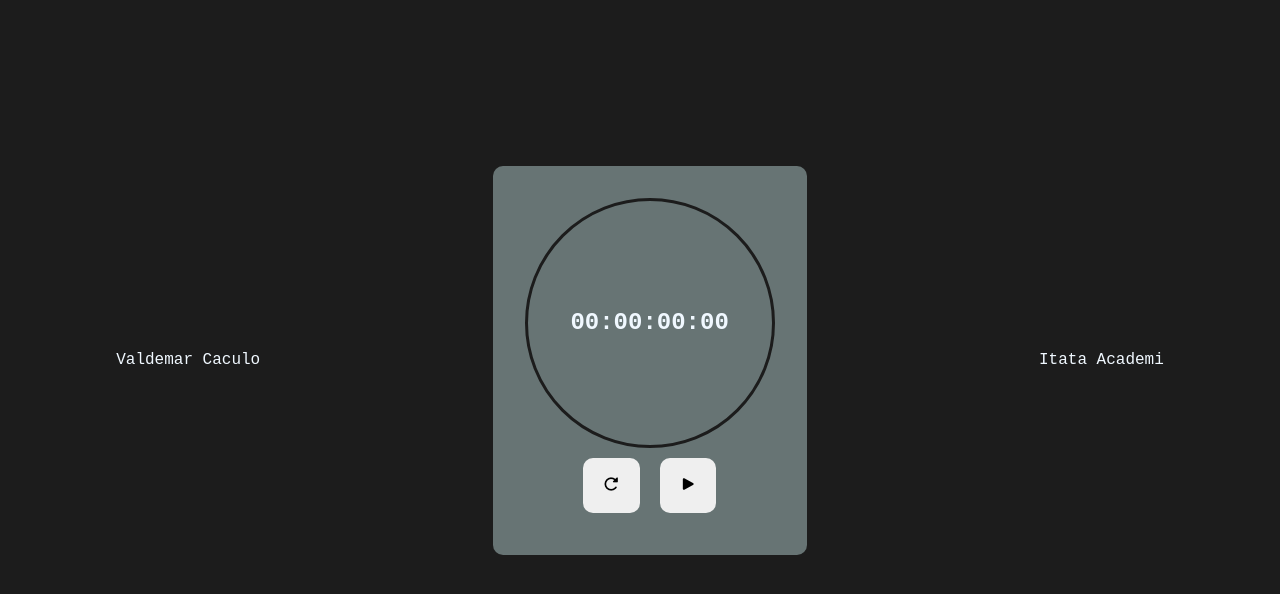
Repository: ValdemarCaculo/TEMPORIZADOR
Page: index.html
These files come from the project's save history. The page is drawn as it stood at one moment and after a run of saves; the edit follows.
The browser window is 1280 px wide. The pictures show the whole page.
Some web libraries are served in a nearby version.

Above is the page before, as saved 2025-12-06 15:40:56.

After the next 3 saves:
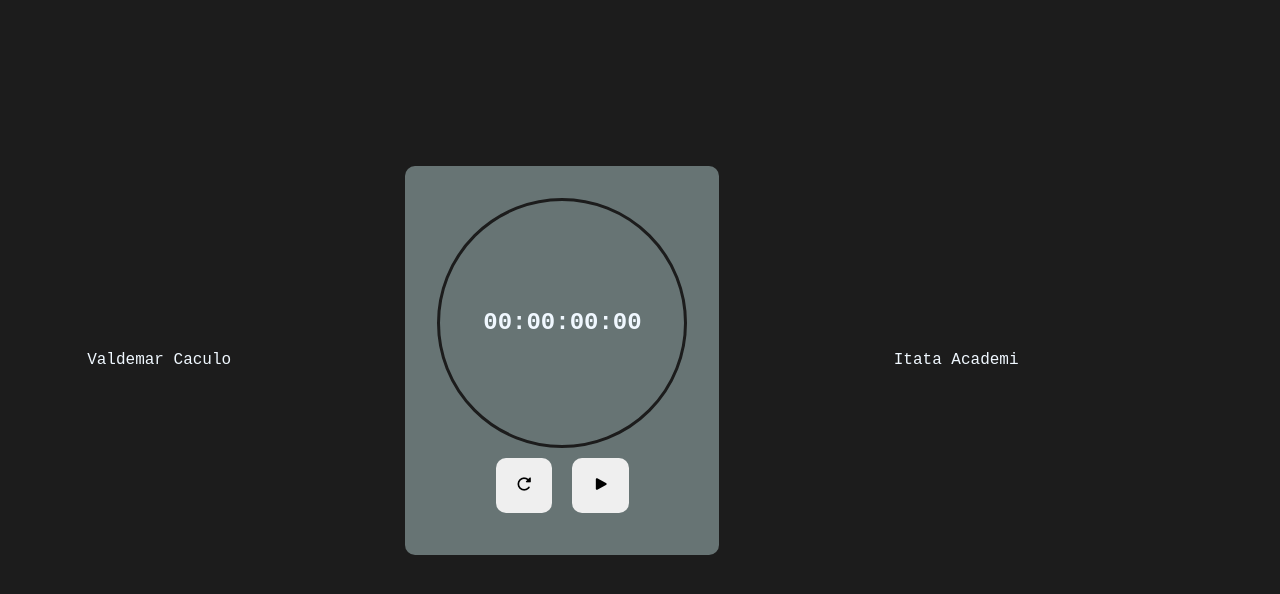
The 3 saves are shown as one change because they came seconds apart.
The last was saved 9 s later.
--- a/index.html
+++ b/index.html
@@ -29,7 +29,7 @@
         </div>
     </div>
     <p>Itata Academi</p>
-
+<scriptsrc></script>
 
 
 </body>

After the 4 saves that followed:
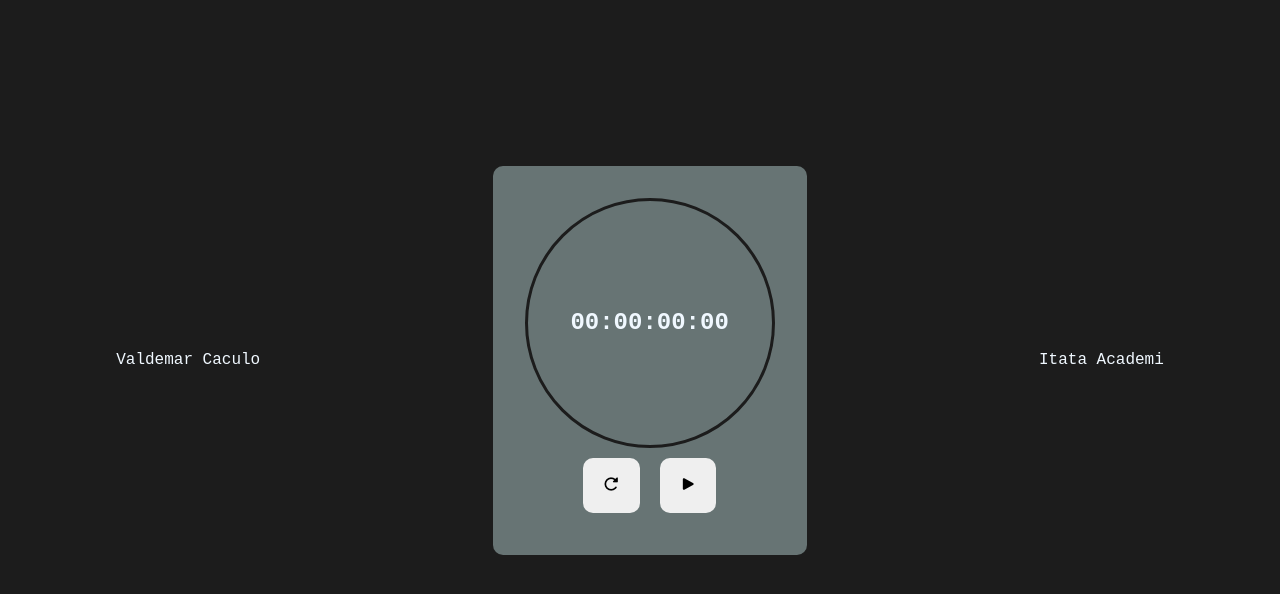
The 4 saves are shown as one change because they came seconds apart.
The last was saved 15 s later.
--- a/index.html
+++ b/index.html
@@ -29,7 +29,7 @@
         </div>
     </div>
     <p>Itata Academi</p>
-<scriptsrc></script>
+<script src="./js/script.js"></script>
 
 
 </body>
